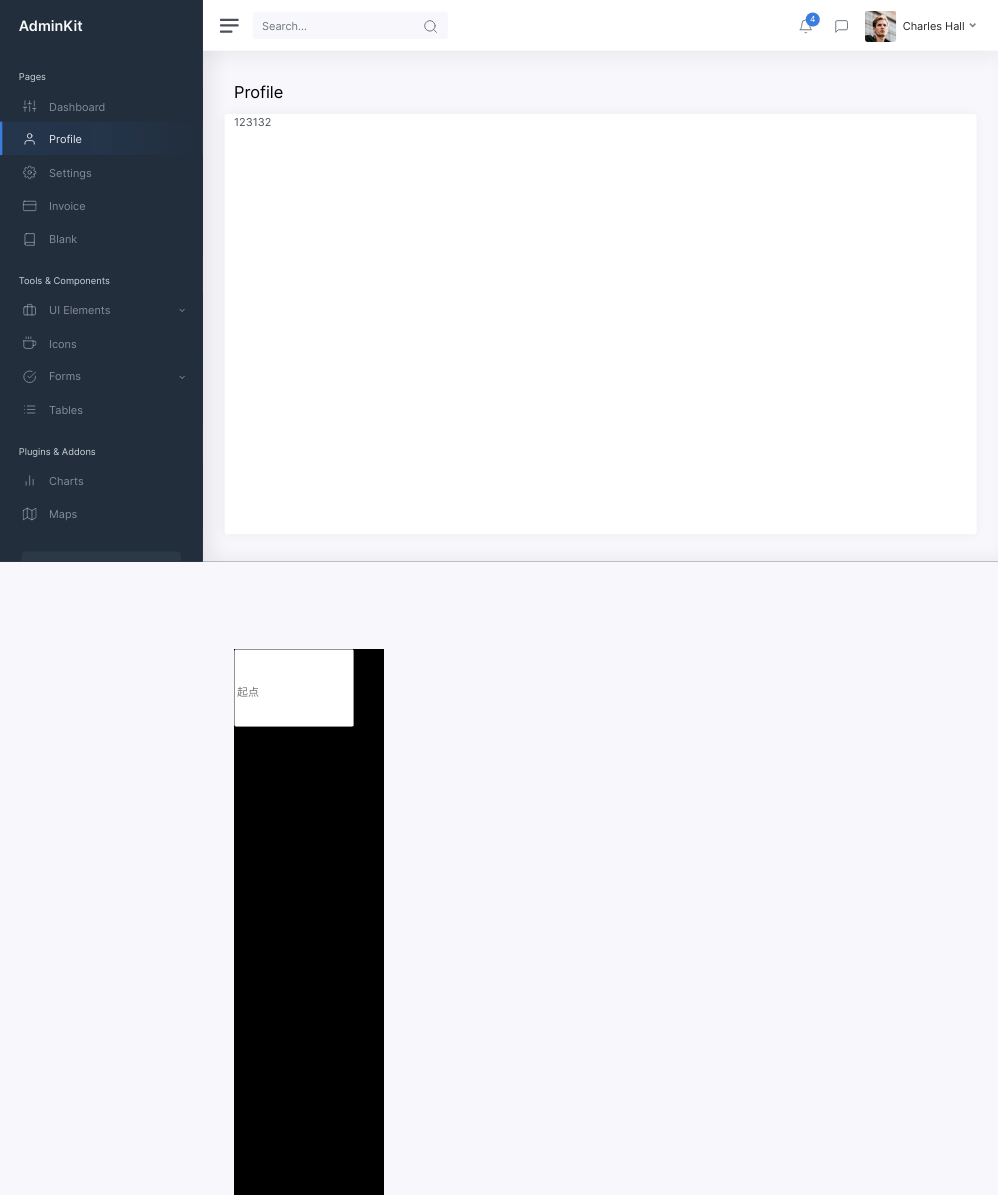
Repository: yuwei0922/WHURS-WGIS
Page: final_project/pages-profile.html
These files come from the project's save history. The page is drawn as it stood at one moment and after the next save; the edit follows.
The browser window is 1280 px wide. The pictures show the whole page, at 78% of full size.

Above is the page before, as saved 2022-12-21 20:27:40.
Not found: final_project/js/vendor.js

After the next save:
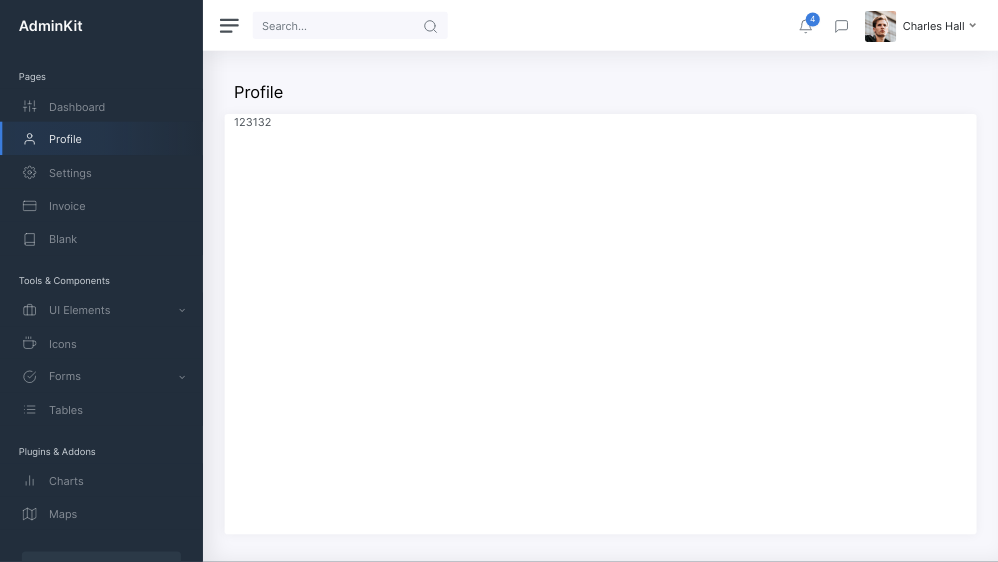
Saved 71 s later.
--- a/final_project/pages-profile.html
+++ b/final_project/pages-profile.html
@@ -301,16 +301,15 @@
 
 			<main class="content">
 				<div class="container-fluid p-0 map-background"  style="position: relative;">
-
 					<h1 class="h3 mb-3">Profile</h1>
-
 					<div class="row map-background">
 						<div class="card col-12 mapcontent">123132</div>
 					</div>
+					<div class="select-contronller">
+						<input type="text" placeholder="起点" name="ori" class="input-ori">
+					</div>
 				</div>
-				<div class="select-contronller">
-					<input type="text" placeholder="起点" name="ori" class="input-ori">
-				</div>
+
 			</main>
 
 
--- a/final_project/css/content.css
+++ b/final_project/css/content.css
@@ -8,11 +8,11 @@
 }
 
 .select-contronller{
-    float: right;
-    display: inline-flex;
+    display: inline-block;
     position: absolute;
     margin: 10% 0;
-    height: 700px;
+    right: 0;
+    height: 70%;
     background-color: black;
     width: 15%;
 }
